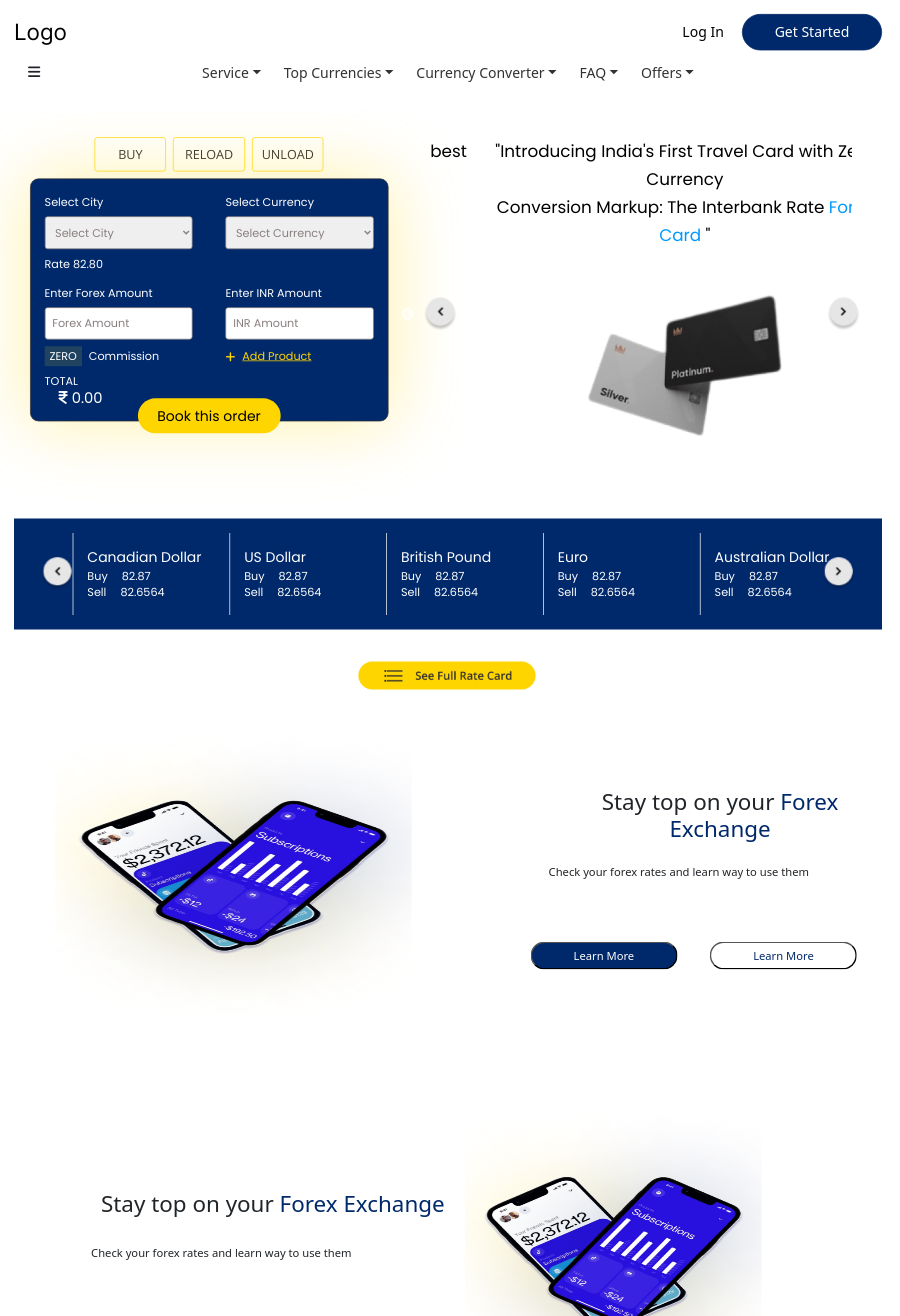
Repository: FlyweisReact/Akshadeep-latest
Page: /
These files come from the project's save history. The page is drawn as it stood at one moment and after a run of saves; the edit follows.
The browser window is 1280 px wide. The page is 1285 px wide, so the pictures cover 1285 px, including what lies to the right of the window. The pictures show the part of the page from y = 0 to 1880 px (the page is 4487 px tall), at 70% of full size.
Some web libraries are served in a nearby version. The project was rebuilt for these pictures with package versions that can differ from the ones it lists, and the page was loaded fresh each time. Also part of the build but not shown: src/components/exchange.jsx, src/components/order_p1.jsx, src/components/order_p2.jsx, src/components/faas.jsx, src/components/offer.jsx, src/components/main2.jsx, src/components/home.jsx, src/components/slider.jsx and 6 more.

Above is the page before, as saved 2023-05-23 15:29:20.

After the next 2 saves:
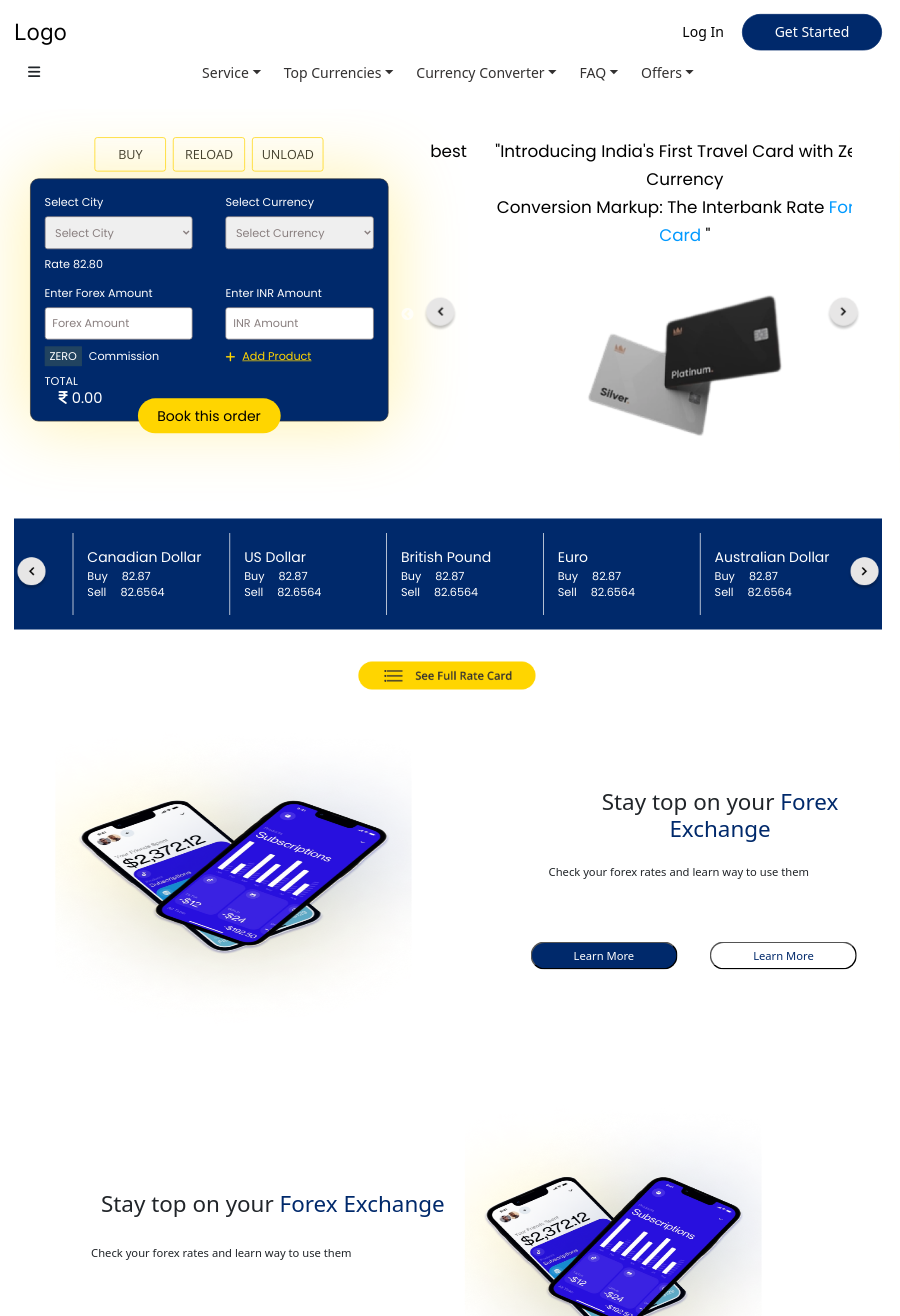
The 2 saves are shown as one change because they came seconds apart.
The last was saved 10 s later.
--- a/src/Style/Component.css
+++ b/src/Style/Component.css
@@ -267,13 +267,13 @@ font-size: var(--extra-small-font);
 .currency_slider_cont .Prev-Next_cont .PrevImg {
   position: absolute;
   top: 50%;
-  left: 5%;
+  left: 2%;
   transform: translate(-50%, -50%);
   cursor: pointer;
 }
 .currency_slider_cont .Prev-Next_cont .NextImg {
   position: absolute;
   top: 50%;
-  left: 95%;
-  transform: translate(-50%, -50%);
-}
+  left: 98%;
+  transform: translate(-50%, -50%);
+}
